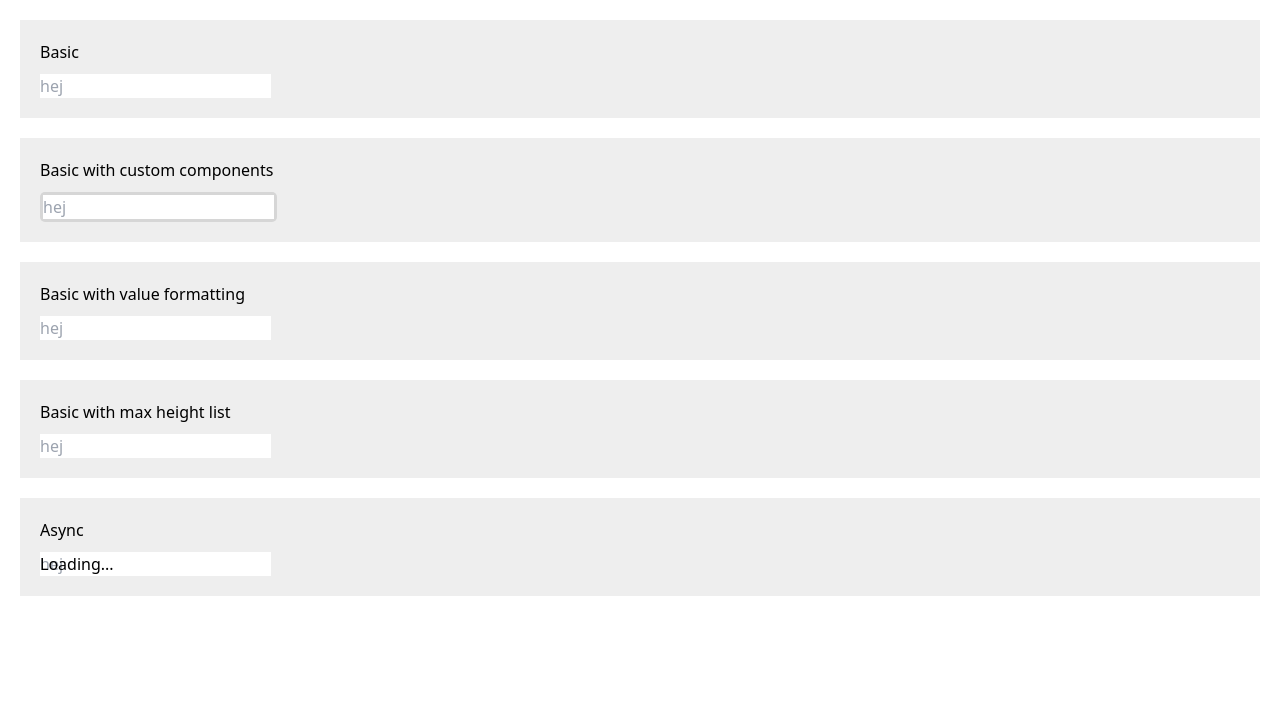
Repository: Frexity/frx-react
Page: / (app in ui/react-select/)
These files come from the project's save history. The page is drawn as it stood at one moment and after the next save; the edit follows.
The browser window is 1280 px wide. The pictures show the whole page.
The page's requests for data from a server got no answer. Some web libraries are served in a nearby version. The project was rebuilt for these pictures with package versions that can differ from the ones it lists, and the page was loaded fresh each time. No one was signed in, and anything a server would have sent is missing. Also part of the build but not shown: ui/react-select/vite.config.ts, ui/react-select/src/CustomSelectComponents/ListLoadingIndicator.tsx, ui/react-select/src/dummy-components/ListLoadingIndicator.tsx.

Above is the page before, as saved 2022-08-21 00:15:03.

After the next save:
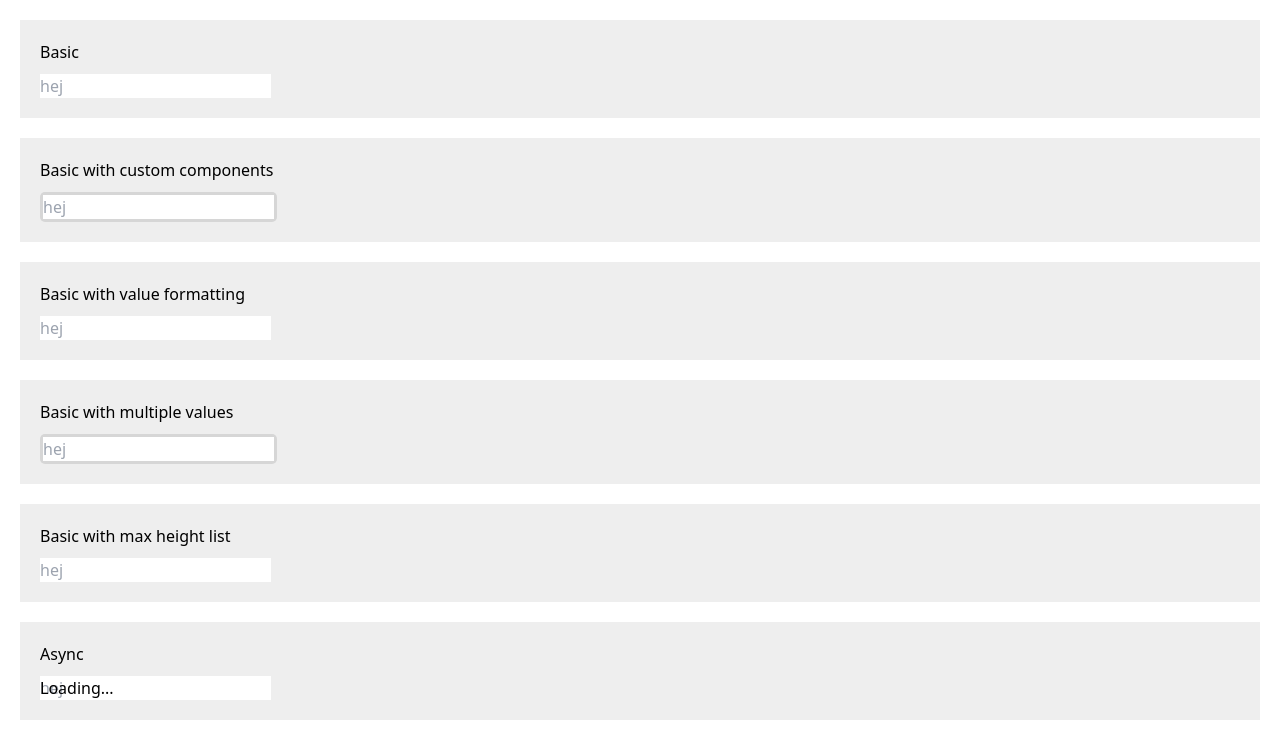
Saved 5 min 22 s later.
--- a/ui/react-select/src/App.tsx
+++ b/ui/react-select/src/App.tsx
@@ -50,6 +50,10 @@ export default function App() {
         />
       </div>
       <div className="card">
+        <h3>Basic with multiple values</h3>
+        <Select options={options} components={customComponents} canSelectMultipleOptions />
+      </div>
+      <div className="card">
         <h3>Basic with max height list</h3>
         <Select
           options={options}
